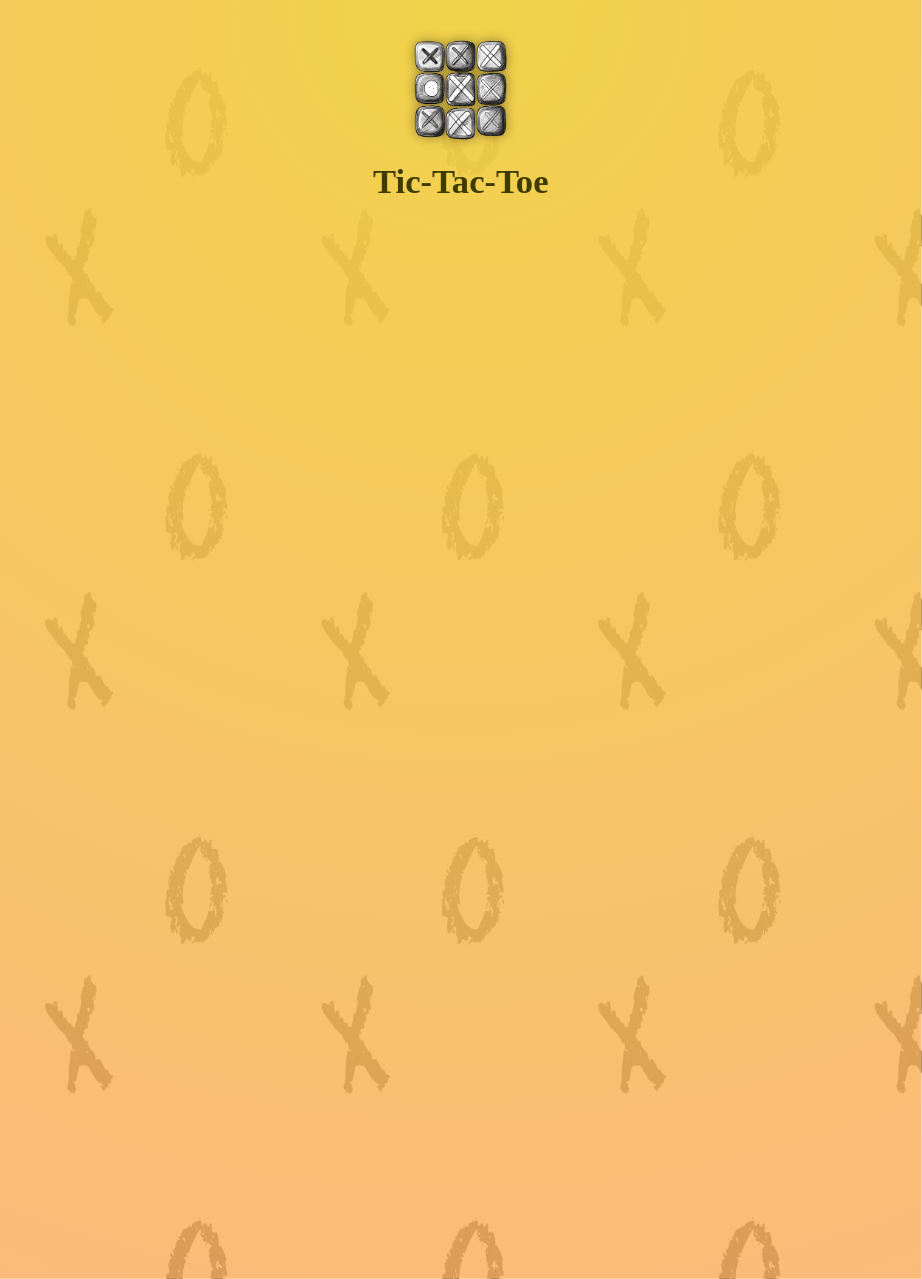
Repository: PrateekSahu9808/Tic_tac__toe_game
Page: /
These files come from the project's save history. The page is drawn as it stood at one moment and after a run of saves; the edit follows.
The browser window is 1280 px wide. The pictures show the whole page, at 72% of full size.
Some web fonts or font styles are not loaded; a fallback is used. The project was rebuilt for these pictures with package versions that can differ from the ones it lists, and the page was loaded fresh each time. Also part of the build but not shown: vite.config.js.

Above is the page before, as saved 2024-04-15 23:53:01.

After the next 2 saves:
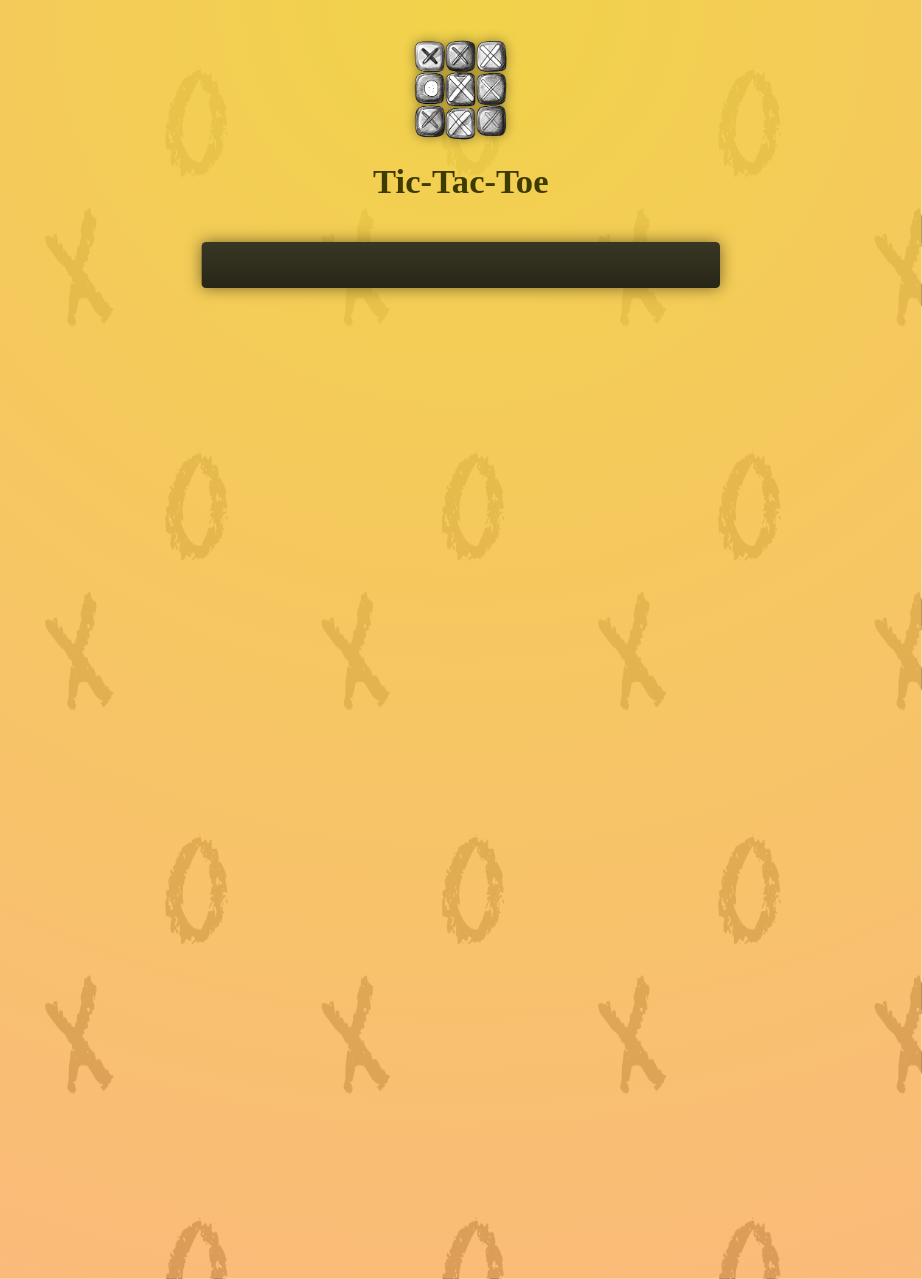
The 2 saves are shown as one change because they came seconds apart.
The last was saved 11 s later.
--- a/src/App.jsx
+++ b/src/App.jsx
@@ -2,7 +2,9 @@
   return (
 
     <main>
-      <div className="game-container"></div>
+      <div id="game-container">
+
+      </div>
     </main>
   )
 }
